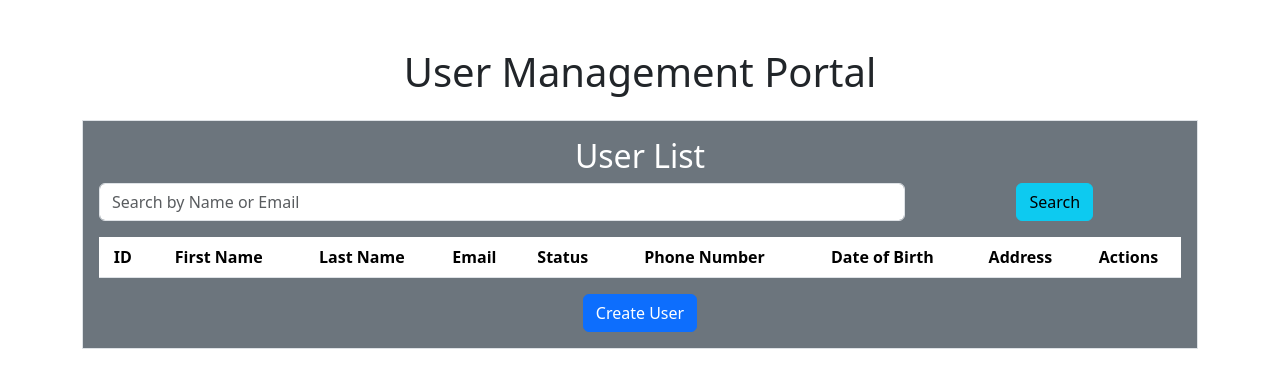
Repository: nairshreejith/reactstudent3
Page: /
The author's editor kept a copy of each file at every save. The page is drawn from the files as they stood at one save, then again after the next save.
The browser window is 1280 px wide. The pictures show the whole page.
The page's requests for data from a server got no answer. The project was rebuilt for these pictures with package versions that can differ from the ones it lists, and the page was loaded fresh each time. No one was signed in, and anything a server would have sent is missing.

Above is the page before, as saved 2023-09-15 18:55:04.

### src/App.js
import React, { useState, useEffect } from 'react';
import './App.css';
import './custom.css';
import axios from 'axios';

const api = axios.create({
  baseURL: 'http://localhost:8091', // Replace with your server's URL
});

function App() {
  const [users, setUsers] = useState([]);
  const [searchTerm, setSearchTerm] = useState('');
  const [newUser, setNewUser] = useState({
    firstname: '',
    lastname: '',
    email: '',
    status: '',
    phonenumber: '',
    dob: '',
    address: '',
  });
  const [editingUser, setEditingUser] = useState(null);
  const [showCreateForm, setShowCreateForm] = useState(false); // Track whether to display the create user form

  useEffect(() => {
    fetchUsers();
  }, []);

  const fetchUsers = () => {
    api.get(`/api/users`)
      .then((response) => setUsers(response.data))
      .catch((error) => console.error(error));
  };

  const handleSearch = () => {
    api.get(`/api/users/search/${searchTerm}`)
      .then((response) => setUsers(response.data))
      .catch((error) => console.error(error));
  };

  const handleCreateUser = () => {
    api.post('/api/users', newUser)
      .then(() => {
        fetchUsers();
        setNewUser({
          firstname: '',
          lastname: '',
          email: '',
          status: '',
          phonenumber: '',
          dob: '',
          address: '',
        });
        setShowCreateForm(false);
      })
      .catch((error) => console.error(error));
  };

  const handleModifyUser = (id) => {
    // Implement the logic to modify a user's data
    const modifiedUserData = users.find((user) => user.id === id);

    api.put(`/api/users/${id}`, modifiedUserData)
      .then(() => {
        // Refresh user list after modification
        fetchUsers();
        setEditingUser(null); // Clear the editing state
      })
      .catch((error) => console.error(error));
  };

  const handleDeleteUser = (id) => {
    api.delete(`/api/users/${id}`)
      .then(() => {
        fetchUsers();
      })
      .catch((error) => console.error(error));
  };

  return (
    <div className="App container mt-5">
      <h1 className="mb-4">User Management Portal</h1>
      <div className="border bg-secondary text-white p-3 mb-4">
        <h2>User List</h2>
        <div className="mb-3">
          <div className="row">
            <div className="col-md-9">
              <input type="text" className="form-control" placeholder="Search by Name or Email" value={searchTerm} onChange={(e) => setSearchTerm(e.target.value)} />
            </div>
            <div className="col-md-3">
              <button className="btn btn-info" onClick={handleSearch}>Search</button>
            </div>
          </div>
        </div>
        <table className="table table-striped">
          <thead>
            <tr>
              <th>ID</th>
              <th>First Name</th>
              <th>Last Name</th>
              <th>Email</th>
              <th>Status</th>
              <th>Phone Number</th>
              <th>Date of Birth</th>
              <th>Address</th>
              <th>Actions</th>
            </tr>
          </thead>
          <tbody>
            {users.map((user) => (
              <tr key={user.id}>
                <td>{user.id}</td>
                <td>
                  {editingUser === user.id ? (
                    <input
                      type="text"
                      className="form-control"
                      value={user.firstname}
                      onChange={(e) => {
                        const updatedUser = { ...user, firstname: e.target.value };
                        const updatedUsers = [...users];
                        updatedUsers[updatedUsers.findIndex((u) => u.id === user.id)] = updatedUser;
                        setUsers(updatedUsers);
                      }}
                    />
                  ) : (
                    user.firstname
                  )}
                </td>
                {/* Render other user attributes */}
                <td>{user.lastname}</td>
                <td>{user.email}</td>
                <td>{user.status}</td>
                <td>{user.phonenumber}</td>
                <td>{user.dob}</td>
                <td>{user.address}</td>
                <td>
                  {editingUser === user.id ? (
                    <button className="btn btn-success" onClick={() => handleModifyUser(user.id)}>Save</button>
                  ) : (
                    <>
                      <button className="btn btn-warning" onClick={() => setEditingUser(user.id)}>Edit</button>
                      <button className="btn btn-danger" onClick={() => handleDeleteUser(user.id)}>Delete</button>
                    </>
                  )}
                </td>
              </tr>
            ))}
          </tbody>
        </table>
        <button className="btn btn-primary" onClick={() => setShowCreateForm(!showCreateForm)}>
          {showCreateForm ? "Cancel" : "Create User"}
        </button>
        {showCreateForm && (
          <div>
            <h2>Create New User</h2>
            <div className="row">
              <div className="col-md-3">
                <input type="text" className="form-control" placeholder="First Name" value={newUser.firstname} onChange={(e) => setNewUser({ ...newUser, firstname: e.target.value })} />
              </div>
              <div className="col-md-3">
                <input type="text" className="form-control" placeholder="Last Name" value={newUser.lastname} onChange={(e) => setNewUser({ ...newUser, lastname: e.target.value })} />
              </div>
              <div className="col-md-3">
                <input type="text" className="form-control" placeholder="Email" value={newUser.email} onChange={(e) => setNewUser({ ...newUser, email: e.target.value })} />
              </div>
              <div className="col-md-3">
                <input type="text" className="form-control" placeholder="Status" value={newUser.status} onChange={(e) => setNewUser({ ...newUser, status: e.target.value })} />
              </div>
            </div>
            <div className="row mt-3">
              <div className="col-md-3">
                <input type="text" className="form-control" placeholder="Phone Number" value={newUser.phonenumber} onChange={(e) => setNewUser({ ...newUser, phonenumber: e.target.value })} />
              </div>
              <div className="col-md-3">
                <input type="text" className="form-control" placeholder="Date of Birth" value={newUser.dob} onChange={(e) => setNewUser({ ...newUser, dob: e.target.value })} />
              </div>
              <div className="col-md-3">
                <input type="text" className="form-control" placeholder="Address" value={newUser.address} onChange={(e) => setNewUser({ ...newUser, address: e.target.value })} />
              </div>
              <div className="mb-4 p-3">
                <button className="btn btn-primary" onClick={handleCreateUser}>Create User</button>
              </div>
            </div>
          </div>
        )}
      </div>
    </div>
  );
}

export default App;

### src/App.css
.App {
  text-align: center;

}


.App-logo {
  height: 40vmin;
  pointer-events: none;
}

@media (prefers-reduced-motion: no-preference) {
  .App-logo {
    animation: App-logo-spin infinite 20s linear;
  }
}

.App-header {
  background-color: black;
  min-height: 100vh;
  display: flex;
  flex-direction: column;
  align-items: center;
  justify-content: center;
  font-size: calc(10px + 2vmin);
  color: white;
}

.App-link {
  color: #61dafb;
}

@keyframes App-logo-spin {
  from {
    transform: rotate(0deg);
  }
  to {
    transform: rotate(360deg);
  }
}

### src/custom.css



body {
    background-color: black;
    color: white; /* Set the text color to white */
}

Loaded but not shown: public/index.html (common file); src/index.js (common file); src/reportWebVitals.js (common file); src/index.css (no stored copy; drawn as an empty file)

After the next save:
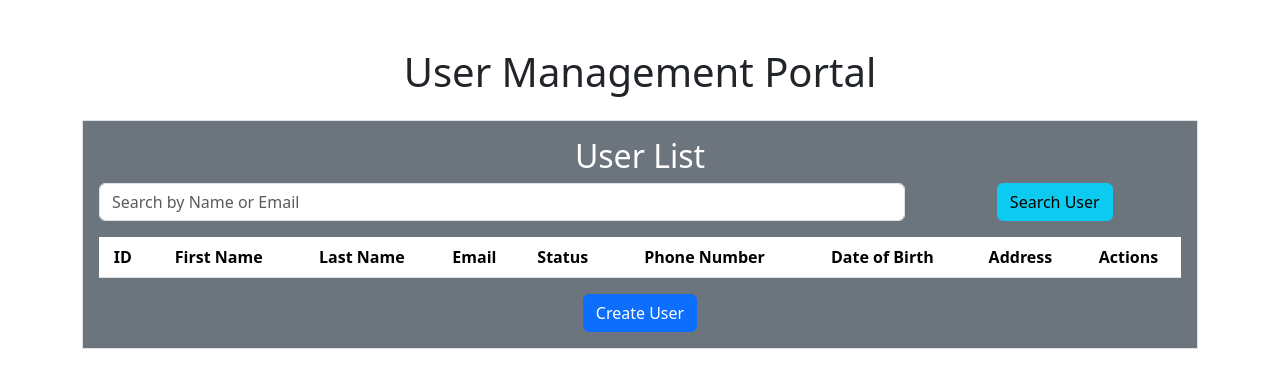
Saved 20 s later.
--- a/src/App.js
+++ b/src/App.js
@@ -88,7 +88,7 @@ function App() {
               <input type="text" className="form-control" placeholder="Search by Name or Email" value={searchTerm} onChange={(e) => setSearchTerm(e.target.value)} />
             </div>
             <div className="col-md-3">
-              <button className="btn btn-info" onClick={handleSearch}>Search</button>
+              <button className="btn btn-info" onClick={handleSearch}>Search User</button>
             </div>
           </div>
         </div>
